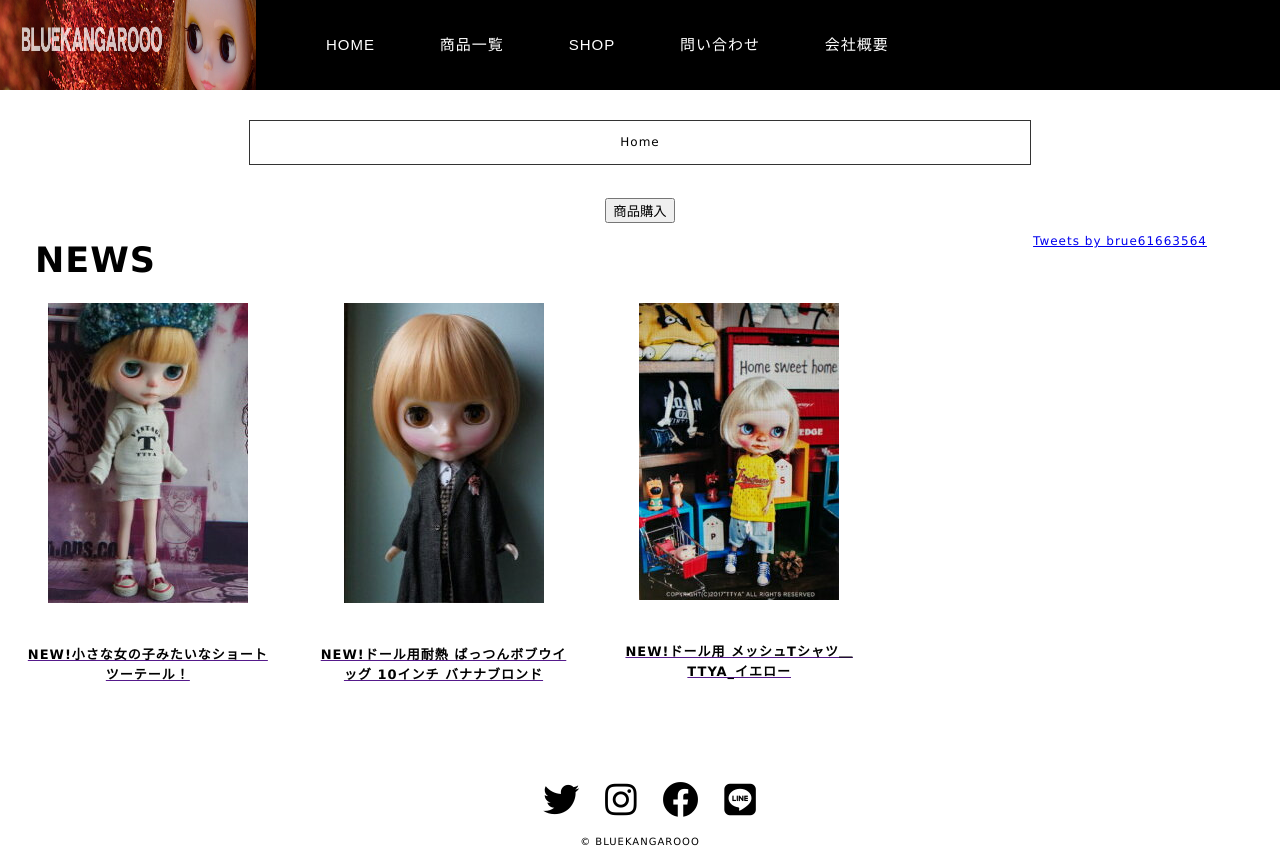
Repository: xiezom/test
Page: http://localhost/ecsite/
The author's editor kept a copy of each file at every save. The page is drawn from the files as they stood at one save, then again after the next save.
The browser window is 1280 px wide. The pictures show the whole page.
Some web libraries are served in a nearby version. The page is served by Tomcat 9. Other server files are loaded and not shown.

Above is the page before, as saved 2019-03-22 05:45:31.

### ecsite/WebContent/home.jsp
<%@ page language="java" contentType="text/html; charset=UTF-8"
    pageEncoding="UTF-8"%>
<%@ taglib prefix="s" uri="/struts-tags"%>
<!DOCTYPE html>
<html>
<head>

	<meta http-equiv="Content-Type" content="text/html; charset=utf8"/>
	<meta http-equiv="Content-Style-Type" content="text/css"/>
	<meta http-equiv="Content-Script-Type" content="text/javascript"/>
	<meta http-equiv="imagetoolbar" content="no">
	<meta name="description" content=""/>
	<meta name="keywords" content=""/>

	<title>HOME画面</title>

	<link rel="stylesheet" type="text/css" href="./css/home_style.css">
	<link rel="stylesheet" href="https://use.fontawesome.com/releases/v5.8.1/css/all.css" integrity="sha384-50oBUHEmvpQ+1lW4y57PTFmhCaXp0ML5d60M1M7uH2+nqUivzIebhndOJK28anvf" crossorigin="anonymous">

</head>
<body>

	<div class="header">
		<img class="logo" alt="blueKangarooo" src="./img/logo.jpg">
		<ul>
            <li>HOME</li>
            <li>商品一覧</li>
            <li>SHOP</li>
            <li>問い合わせ</li>
            <li>会社概要</li>
        </ul>

	</div>

	<div class="main">
		<div class="top">
			<p>Home</p>
		</div>
		<div class="text-center">
			<s:form action="HomeAction">
				<s:submit value="商品購入"/>
			</s:form>
			<s:if test="#session.id != null">
				<p>ログアウトする場合は
					<a href='<s:url action="LogoutAction"/>'>こちら</a></p>
				<p>マイページは
					<a href='<s:url action="MyPageAction"/>'>こちら</a></p>
			</s:if>
		</div>
		<div class="main-container">
			<div class="left">
			<section id="News">

				<div class="headin-box"><h2>NEWS</h2></div>

				<div class="entry">
					<a href="">
					<img class="img" src="./img/1.jpg">
					<h3>NEW!小さな女の子みたいなショートツーテール！</h3>
					</a>
				</div>


				<div class="entry">
					<a href="">
					<img class="img" src="./img/2.jpg">
					<h3>NEW!ドール用耐熱 ぱっつんボブウイッグ 10インチ バナナブロンド</h3>
					</a>
				</div>

				<div class="entry">
					<a href="">
					<img class="img" src="./img/3.jpg">
					<h3>NEW!ドール用 メッシュTシャツ＿ TTYA_イエロー</h3>
					</a>
				</div>
			</section>

			</div>
			<div class="right">
				<a class="twitter-timeline" height="400px" href="https://twitter.com/brue61663564">
				Tweets by brue61663564</a>
				<script async src="https://platform.twitter.com/widgets.js" charset="utf-8"></script>
			</div>
		</div>
	</div>

	<div class="footer">
	<nav>
		<ul class="social">
			<li><a href="" target="_blank"><i class="fab fa-twitter fa-3x"></i></a>
			</li>
			<li><a href="" target="_blank"><i class="fab fa-instagram fa-3x"></i></a>
			</li>
			<li><a href="" target="_blank"><i class="fab fa-facebook fa-3x"></i></a>
			</li>
			<li><a href="" target="_blank"><i class="fab fa-line fa-3x"></i></a>
			</li>
		</ul>
	</nav>
		<p class="copy"><small>&copy; BLUEKANGAROOO</small></p>
	</div>


</body>
</html>

### ecsite/WebContent/css/home_style.css
@CHARSET "UTF-8";


		body {
			margin: 0;
			padding: 0;
			line-height: 1.6;
			letter-spacing: 1px;
			font-family: Verdana,Helvetica,sans-serif;
			font-size: 12px;
			background: #fff;
		}

		ul {
			list-style-type: none;
		}

		.top {
			width: 780px;
			margin: 30px auto;
			border: 1px solid #333;
		}

		.header {
			width: 100%;
			height: 90px;
			background-color: black;
			overflow: hidden;
		}

		.logo {
			float: left;
			height: 90px;
			width: 20%;
			display: inline-block;
		}

		.header ul {
			text-align: center;
			display: inline-block;
			margin: 0 auto;
		}

		.header ul li {
		    display: inline-block;
		    padding-left: 30px;
		    padding-right: 30px;
		    line-height: 90px;
		    font-size: 15px;
		    font-family: 游ゴシック, YuGothic, meiryo, sans-serif;
		    color: #fff;
		}

		.main {
			clear: both;
			width: 100%;
			height: auto;
			text-align: center;
		}

		.text-center {
			display: inline-block;
			text-align: center;
		}

		.main-container {
			width: 100%;
			height: 500px
		}

		.left {
			float: left;
			width: 70%;
		}

		.entry {
			float: left;
			width: 33%;
		}

		.entry img {
		    -moz-transition: -moz-transform 0.5s linear;
		    -webkit-transition: -webkit-transform 0.5s linear;
		    -o-transition: -o-transform 0.5s linear;
		    -ms-transition: -ms-transform 0.5s linear;
		    transition: transform 0.5s linear;
		}

		.entry img:hover {
		    -webkit-transform: scale(1.2);
		    -moz-transform: scale(1.2);
		    -o-transform: scale(1.2);
		    -ms-transform: scale(1.2);
		    transform: scale(1.2);
		}

		#News h3 {
			padding: 22px 25px 12px;
    		font-size: 13px;
    		color: black;
		}

		.headin-box h2 {
			margin-left: 1em;
			margin-top: 0;
			margin-bottom: 15px;
			font-size: 35px;
			text-align: left;
		}

		.right {
			float: right;
			width: 25%;
		}

		.footer {
			margin-top: 50px;
			width:100%;
			height: 80px;
			clear: both;
			text-align: center;
		}

		.sosial {
			text-align: center;
		}
		.social li {
			display: inline-block;
			margin-right: 20px;
		}

		.fab {
			color: black;
		}

		.copy {
			clear: both;
			text-align: center;
		}

After the next save:
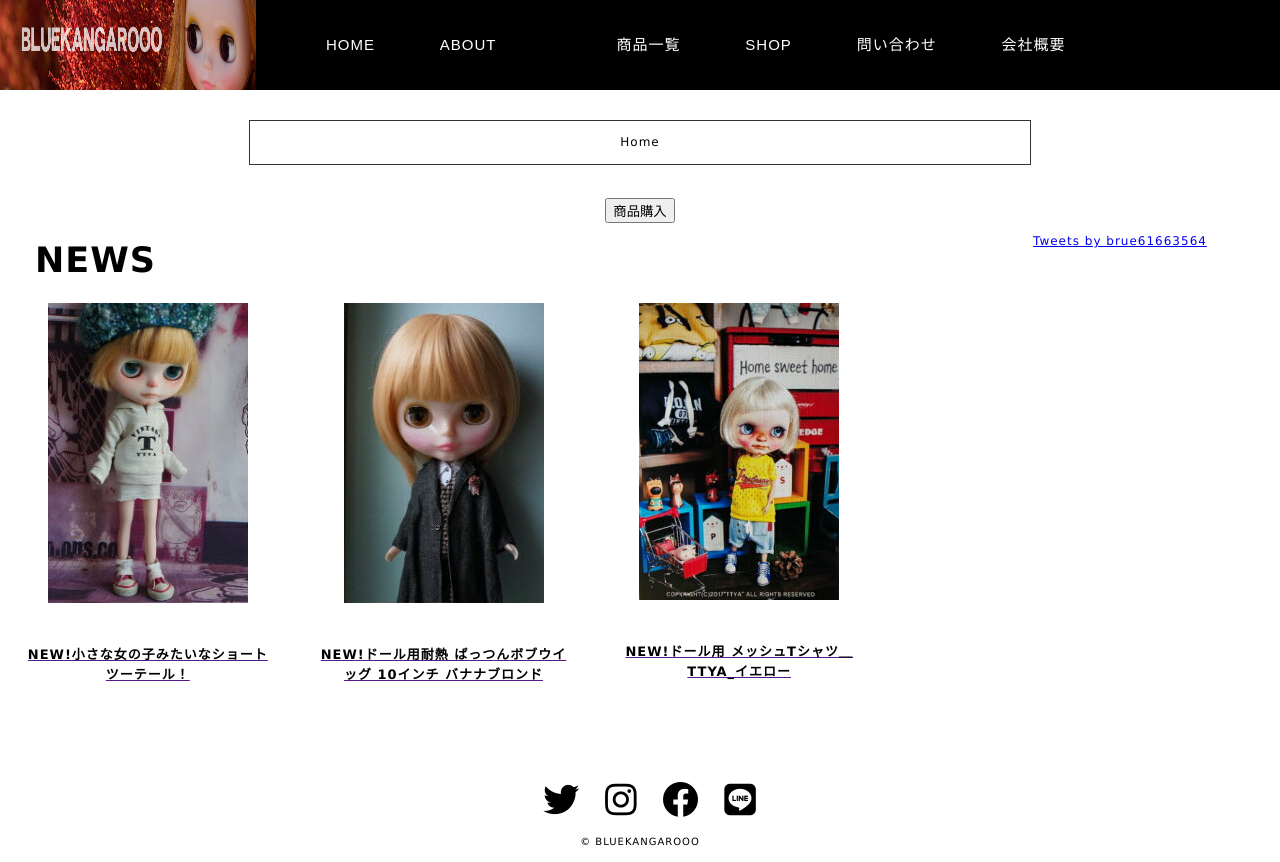
Saved 35 s later.
--- a/ecsite/WebContent/home.jsp
+++ b/ecsite/WebContent/home.jsp
@@ -24,6 +24,7 @@
 		<img class="logo" alt="blueKangarooo" src="./img/logo.jpg">
 		<ul>
             <li>HOME</li>
+            <li>ABOUT<li>
             <li>商品一覧</li>
             <li>SHOP</li>
             <li>問い合わせ</li>
